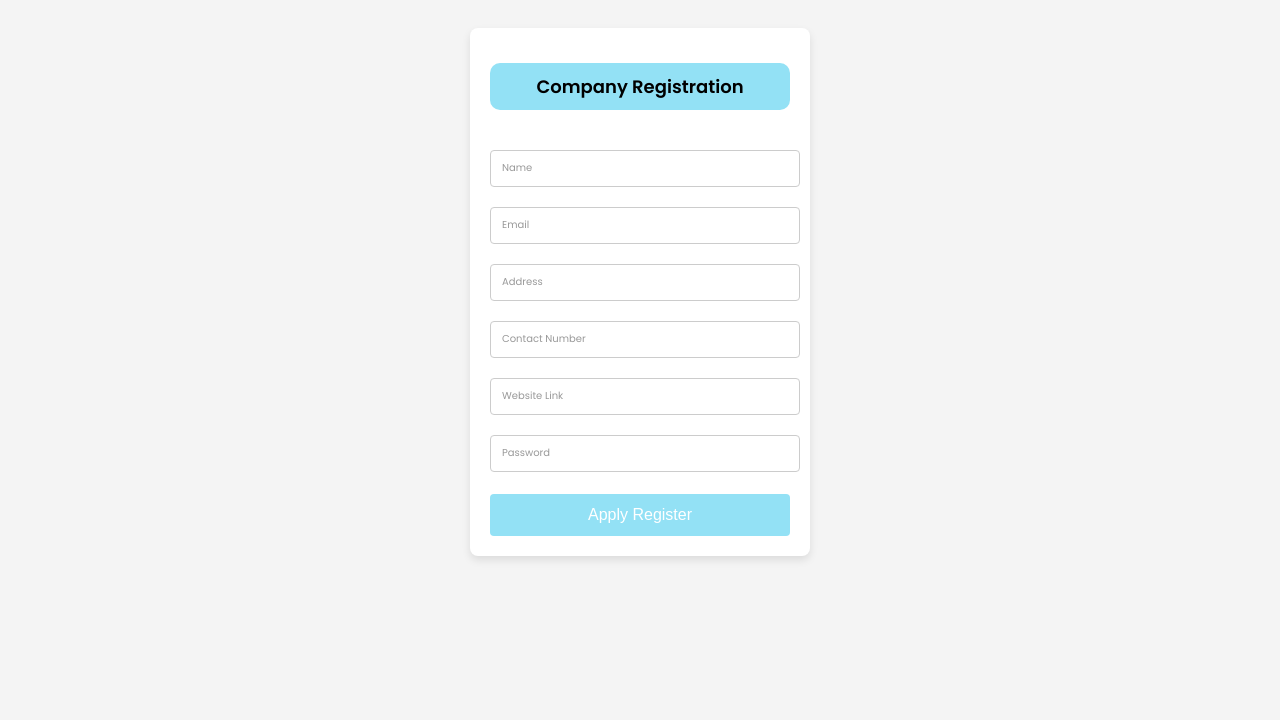
Repository: parthsabhani/Job_Portal_JSP_Servlet
Page: http://localhost/Job_Portal/companyRegistration.jsp
These files come from the project's save history. The page is drawn as it stood at one moment and after the next save; the edit follows.
The browser window is 1280 px wide. The pictures show the whole page.
The page is served by Tomcat 10.

Above is the page before, as saved 2025-04-23 03:58:53.

After the next save:
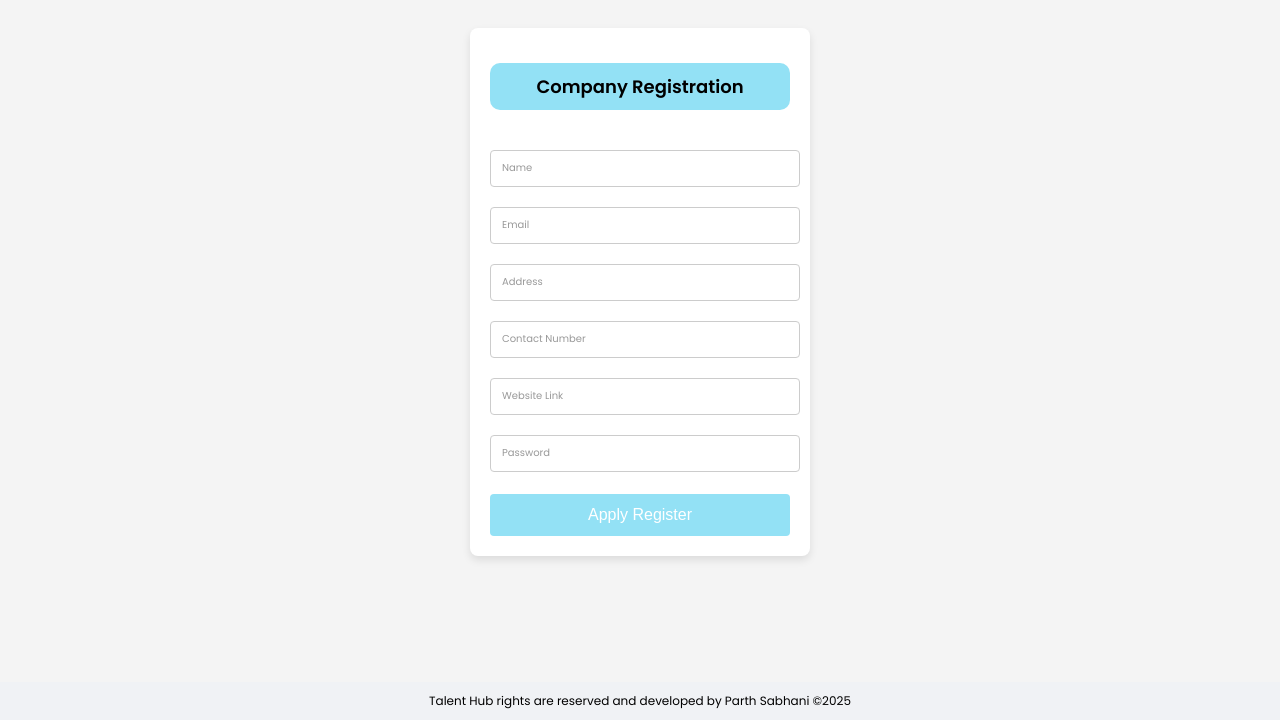
Saved 2 min 6 s later.
--- a/Job_Portal/src/main/webapp/companyRegistration.jsp
+++ b/Job_Portal/src/main/webapp/companyRegistration.jsp
@@ -168,5 +168,12 @@ label {
 		</form>
 	</div>
 
+
+	<!-- Footer Start -->
+	<%
+    	request.setAttribute("footerStyle", "position: fixed; bottom: 0; width: 100%; padding: 10px 0; background-color: #f0f2f5; color: #000000; text-align: center; font-size: 12px; font-family: 'Poppins', sans-serif;");
+	%>
+	<jsp:include page="footer.jsp" />
+	<!-- Footer End -->
 </body>
 </html>
